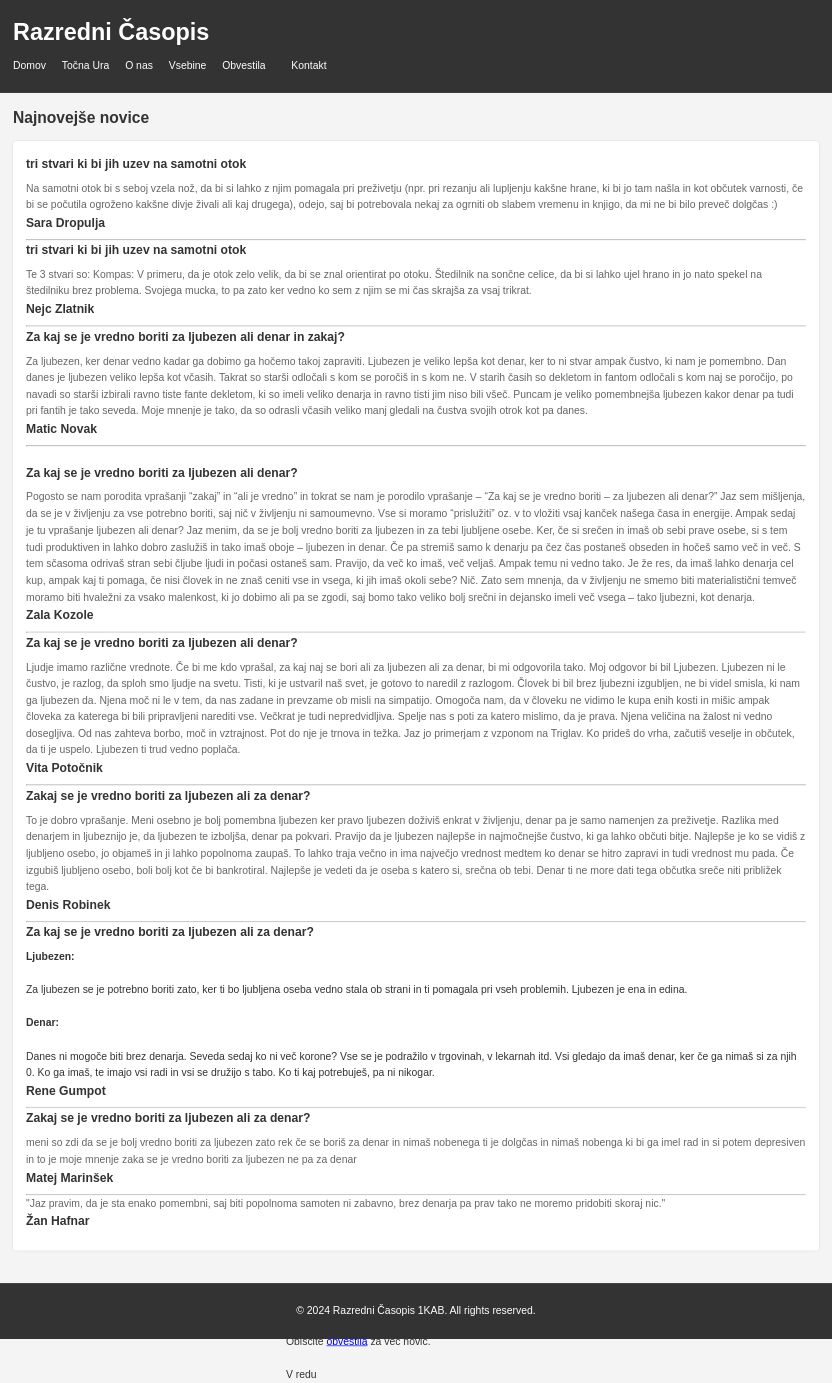
Repository: razrednicasopis/razrednicasopis.github.io
Page: Resources/casopis-html.html
The author's editor kept a copy of each file at every save. The page is drawn from the files as they stood at one save, then again after the next save.
The browser window is 1280 px wide. The pictures show the whole page, at 65% of full size.

Above is the page before, as saved 2024-01-23 09:12:48.
Console error: TypeError: Cannot read properties of null (reading 'addEventListener')

### Resources/casopis-html.html
<!DOCTYPE html>
<html lang="en">
<head>
  <meta charset="UTF-8">
  <meta name="viewport" content="width=device-width, initial-scale=1.0">
  <link rel="stylesheet" href="styless.css">
  <link rel="stylesheet" href="system.css">
  <title>Razredni Časopis</title>
</head>
<body>


<div id="wrapper">
<div id="vrstica">
<header>
  <h1>Razredni Časopis</h1>
  <nav>
    <ul>
      <li><a href="#">Domov</a></li>
      <li><a href="Ura.html">Točna Ura</a></li>
      <li><a href="admin.html">O nas</a></li>
      <li><a href="vsebine.html">Vsebine </a></li>
      <li><a href="obvestila.html">Obvestila</a></li>
      <li><a href="#" id="showPopupLink">Kontakt</a></li>
    </ul>
  </nav>
</header>
</div>

<main>
  <section class="novice">
    <h2>Najnovejše novice</h2>
    <article>
      <h3>tri stvari ki bi jih uzev na samotni otok</h3>
      <p>Na samotni otok bi s seboj vzela nož, da bi si lahko z njim pomagala pri preživetju (npr. pri rezanju ali lupljenju kakšne hrane, ki bi jo tam našla in kot občutek varnosti, če bi se počutila ogroženo kakšne divje živali ali kaj drugega), odejo, saj bi potrebovala nekaj za ogrniti ob slabem vremenu in knjigo, da mi ne bi bilo preveč dolgčas :)

</p>
<h3>Sara Dropulja</h3>
<hr>
      <h3>tri stvari ki bi jih uzev na samotni otok</h3>
            <p>Te 3 stvari so:
Kompas: V primeru, da je otok zelo velik, da bi se znal orientirat po otoku.
Štedilnik na sončne celice, da bi si lahko ujel hrano in jo nato spekel na štedilniku brez problema.
Svojega mucka, to pa zato ker vedno ko sem z njim se mi čas skrajša za vsaj trikrat.
<h3>Nejc Zlatnik</h3>
</p>
<hr>
<h3>Za kaj se je vredno boriti za ljubezen ali denar in zakaj?</h3>
  <p>Za ljubezen, ker denar vedno kadar ga dobimo ga hočemo takoj zapraviti. Ljubezen je veliko lepša kot denar, ker to ni stvar ampak čustvo, ki nam je pomembno. Dan danes je ljubezen veliko lepša kot včasih. Takrat so starši odločali s kom se poročiš in s kom ne. V starih časih so dekletom in fantom odločali s kom naj se poročijo, po navadi so starši izbirali ravno tiste fante dekletom, ki so imeli veliko denarja in ravno tisti jim niso bili všeč. Puncam je veliko pomembnejša ljubezen kakor denar pa tudi pri fantih je tako seveda. Moje mnenje je tako, da so odrasli včasih veliko manj gledali na čustva svojih otrok kot pa danes.

<h3>Matic Novak</h3></p>

<hr>
<br>
<h3>Za kaj se je vredno boriti za ljubezen ali denar?
</h3>
<p>Pogosto se nam porodita vprašanji “zakaj” in “ali je vredno” in tokrat se nam je porodilo vprašanje – “Za kaj se je vredno boriti – za ljubezen ali denar?”
Jaz sem mišljenja, da se je v življenju za vse potrebno boriti, saj nič v življenju ni samoumevno. Vse si moramo “prislužiti” oz. v to vložiti vsaj kanček našega časa in energije.
Ampak sedaj je tu vprašanje ljubezen ali denar? Jaz menim, da se je bolj vredno boriti za ljubezen in za tebi ljubljene osebe. Ker, če si srečen in imaš ob sebi prave osebe, si s tem tudi produktiven in lahko dobro zaslužiš in tako imaš oboje – ljubezen in denar.
Če pa stremiš samo k denarju pa čez čas postaneš obseden in hočeš samo več in več. S tem sčasoma odrivaš stran sebi čljube ljudi in počasi ostaneš sam.
Pravijo, da več ko imaš, več veljaš. Ampak temu ni vedno tako. Je že res, da imaš lahko denarja cel kup, ampak kaj ti pomaga, če nisi človek in ne znaš ceniti vse in vsega, ki jih imaš okoli sebe? Nič. Zato sem mnenja, da v življenju ne smemo biti materialistični temveč moramo biti hvaležni za vsako malenkost, ki jo dobimo ali pa se zgodi, saj bomo tako veliko bolj srečni in dejansko imeli več vsega – tako ljubezni, kot denarja.<br>
<h3>Zala Kozole</h3>
</p>
<hr>
<h3>Za kaj se je vredno boriti za ljubezen ali denar?</h3>
<p>Ljudje imamo različne vrednote. Če bi me kdo vprašal, za kaj naj se bori ali za ljubezen ali za denar, bi mi odgovorila tako. Moj odgovor bi bil Ljubezen.
Ljubezen ni le čustvo, je razlog, da sploh smo ljudje na svetu. Tisti, ki je ustvaril naš svet, je gotovo to naredil z razlogom. Človek bi bil brez ljubezni izgubljen, ne bi videl smisla, ki nam ga ljubezen da. Njena moč ni le v tem, da nas zadane in prevzame ob misli na simpatijo. Omogoča nam, da v človeku ne vidimo le kupa enih kosti in mišic ampak človeka za katerega bi bili pripravljeni narediti vse. Večkrat je tudi nepredvidljiva. Spelje nas s poti za katero mislimo, da je prava. Njena veličina na žalost ni vedno dosegljiva. Od nas zahteva borbo, moč in vztrajnost. Pot do nje je trnova in težka. Jaz jo primerjam z vzponom na Triglav. Ko prideš do vrha, začutiš veselje in občutek, da ti je uspelo. Ljubezen ti trud vedno poplača.
</p>
      <h3>Vita Potočnik</h3>
      <hr>
      <h3>Zakaj se je vredno boriti za ljubezen ali za denar?
</h3>
<P>To je dobro vprašanje. Meni osebno je bolj pomembna ljubezen ker pravo ljubezen doživiš enkrat v življenju, denar pa je samo namenjen za preživetje. Razlika med denarjem in ljubeznijo je, da ljubezen te izboljša, denar pa pokvari. Pravijo da je ljubezen najlepše in najmočnejše čustvo, ki ga lahko občuti bitje. Najlepše je ko se vidiš z ljubljeno osebo, jo objameš in ji lahko popolnoma zaupaš. To lahko traja večno in ima največjo vrednost medtem ko denar se hitro zapravi in tudi vrednost mu pada. Če izgubiš ljubljeno osebo, boli bolj kot če bi bankrotiral. Najlepše je vedeti da je oseba s katero si, srečna ob tebi. Denar ti ne more dati tega občutka sreče niti približek tega.</P>
<h3>Denis Robinek</h3>
<hr>
<h3>Za kaj se je vredno boriti za ljubezen ali za denar?</h3>
<p><h4>Ljubezen:</h4><br>
Za ljubezen se je potrebno boriti zato, ker ti bo ljubljena oseba vedno stala ob strani in ti pomagala pri vseh problemih. Ljubezen je ena in edina.<br>
<br>
<h4>Denar:</h4>
<br>
Danes ni mogoče biti brez denarja. Seveda sedaj ko ni več korone? Vse se je podražilo v trgovinah, v lekarnah itd. Vsi gledajo da imaš denar, ker če ga nimaš si za njih 0. Ko ga imaš, te imajo vsi radi in vsi se družijo s tabo. Ko ti kaj potrebuješ, pa ni nikogar.
<h3>Rene Gumpot</h3></p>
<hr>
<h3>Zakaj se je vredno boriti za ljubezen ali za denar?</h3>
<p>meni so zdi da se je bolj vredno boriti za ljubezen zato rek če se boriš
za denar in nimaš nobenega ti je dolgčas in nimaš nobenga ki bi ga imel rad in si potem depresiven
in to je moje mnenje zaka se je vredno boriti za ljubezen ne pa za denar

<h3>Matej Marinšek</h3></p>
<hr>
    <p>"Jaz pravim, da je sta enako pomembni, saj biti popolnoma samoten ni zabavno, brez denarja pa prav tako ne moremo pridobiti skoraj nic."

<h3>Žan Hafnar</h3></p>


    </article>
    <!-- Dodaj več novic -->
  </section>

</main>
</div>

<footer>
  <p>&copy; 2024 Razredni Časopis 1KAB. All rights reserved.
  </footer>



<!--Od tu naprej je koda za razne stvari kot so popupi-->

<div id="popupContainer"></div>
<div class="overlay" id="overlay">
  <div id="popupContent">
      <h1><b>NEDOSEGLJIVE VSEBINE</b></h1>
      <p>Te vsebine bodo na voljo v naslednjih verzijah strani.
      <p>Obiščite <a href="obvestila.html">obvestila</a> za več novic.<p><br>
      <span class="closePopupBtn">V redu</span>
  </div>
</div>
</div>


<script src="alerts.js"></script>

</body>
</html>

### Resources/styless.css
* {
  margin: 0;
  padding: 0;
  box-sizing: border-box;
}

/* Globalni slogi */
body {
  font-family: Arial, sans-serif;
  line-height: 1.6;
  background-color: #f4f4f4;
  color: #333;
  margin: 0;
  padding: 0;
}


.container {
    text-align: center;
    margin-top: 50px;
}

.border-box {
    display: inline-block;
    padding: 200px;
    width: 550px;
    height: 500px;
    border: 5px solid #333; /* Set your desired border color */
    border-radius: 30px; /* Set the border radius for slightly curved corners */
    background-color: #333; /* Set your desired background color inside the border */
}

form textarea {
  width: 100%;
  padding: 8px;
  justify-content: left;
  margin-left: auto;

  margin-bottom: 10px;
}

header {
  background: #333;
  color: #fff;
  padding: 20px;
}

header h1 {
  margin: 0;
  font-size: 36px;
}

nav ul {
  list-style: none;
}

nav ul li {
  display: inline;
  margin-right: 20px;
}

nav ul li a {
  color: #fff;
  text-decoration: none;
}

main {
  padding: 20px;
}

section {
  margin-bottom: 30px;
}

section h2 {
  margin-bottom: 15px;
}

article {
  background: #fff;
  padding: 20px;
  border-radius: 5px;
  box-shadow: 0 0 5px rgba(0, 0, 0, 0.1);
}

article h3 {
  margin-bottom: 10px;
}

article p {
  color: #666;
}

article a {
  display: inline-block;
  margin-top: 10px;
  text-decoration: none;
  color: #333;
  border-bottom: 1px solid #333;
  padding-bottom: 2px;
}

article a:hover {
  color: #000;
  border-color: #000;
}

.wrapper {
  flex: 1;
}

footer {
  text-align: center;
  padding: 30px;
  background-color: #333;
  color: #fff;
  position: absolute;
  bottom: auto;
  width: 100%;
  text-align: center;
}

### Resources/system.css
/* Koda za "Coming Soon" pop-up */

#popupContainer {
    display: none;
    position: fixed;
    top: 50%;
    left: 50%;
    transform: translate(-50%, -50%);
    background-color: #ffffff;
    box-shadow: 0 4px 8px rgba(0, 0, 0, 0.1);
    padding: 20px;
    border-radius: 10px;
    text-align: center;
  }


  #popupContent {
    max-width: 400px;
    margin: 0 auto;
  }

  #closePopupBtn {
    background-color: #3498db;
    color: #ffffff;
    padding: 10px 15px;
    border: none;
    border-radius: 5px;
    cursor: pointer;
  }

  #closePopupBtn:hover {
      background-color: #4da8e1;
  }

  #showPopupLink {
    display: inline-block;
    padding: 10px 15px;
    color: #ffffff;
    text-decoration: none;
    border-radius: 5px;
    cursor: pointer;
  }

#showPopupLink.popupActive {
    background-color: #ff6600;
    color: #ffffff;
}


/* Koda za "Kontakt" obrazec */

#contactform {
    align-self: center;
    }

### Resources/alerts.js
document.getElementById('showPopupLink').addEventListener('click', function(event) {
    event.preventDefault();
    document.getElementById('popupContainer').style.display = 'block';
    document.body.classList.add('blur-background');
});

document.getElementById('closePopupBtn').addEventListener('click', function() {
    document.getElementById('popupContainer').style.display = 'none';
    document.body.classList.remove('blur-background');
});

After the next save:
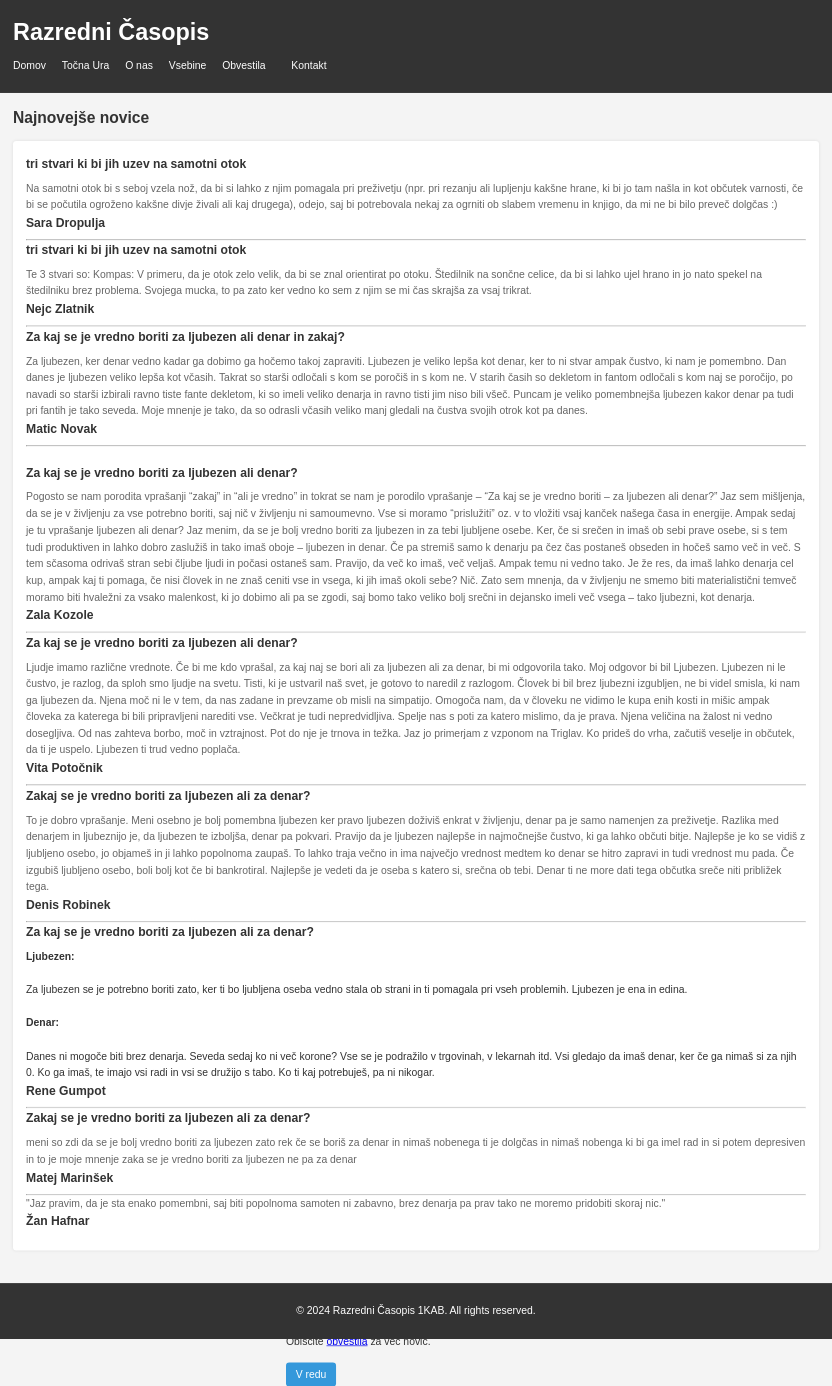
Saved 34 s later.
--- a/Resources/system.css
+++ b/Resources/system.css
@@ -19,7 +19,7 @@
     margin: 0 auto;
   }
 
-  #closePopupBtn {
+  .closePopupBtn {
     background-color: #3498db;
     color: #ffffff;
     padding: 10px 15px;

After the 2 saves that followed:
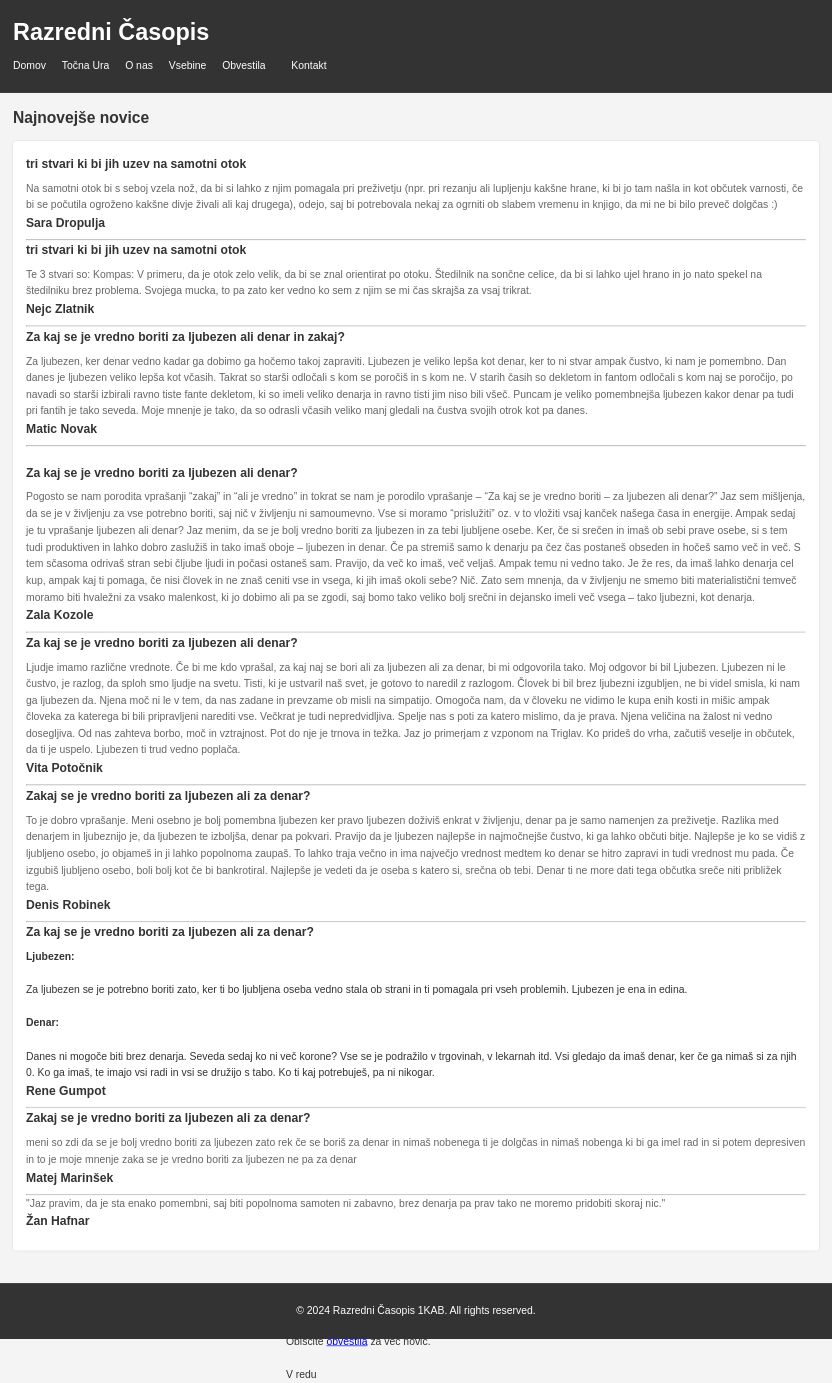
The 2 saves are shown as one change because 1 left the picture as it was.
The last was saved 19 s later.
--- a/Resources/system.css
+++ b/Resources/system.css
@@ -19,7 +19,7 @@
     margin: 0 auto;
   }
 
-  .closePopupBtn {
+  #closePopupBtn {
     background-color: #3498db;
     color: #ffffff;
     padding: 10px 15px;
@@ -28,7 +28,7 @@
     cursor: pointer;
   }
 
-  #closePopupBtn:hover {
+  .closePopupBtn:hover {
       background-color: #4da8e1;
   }
 
